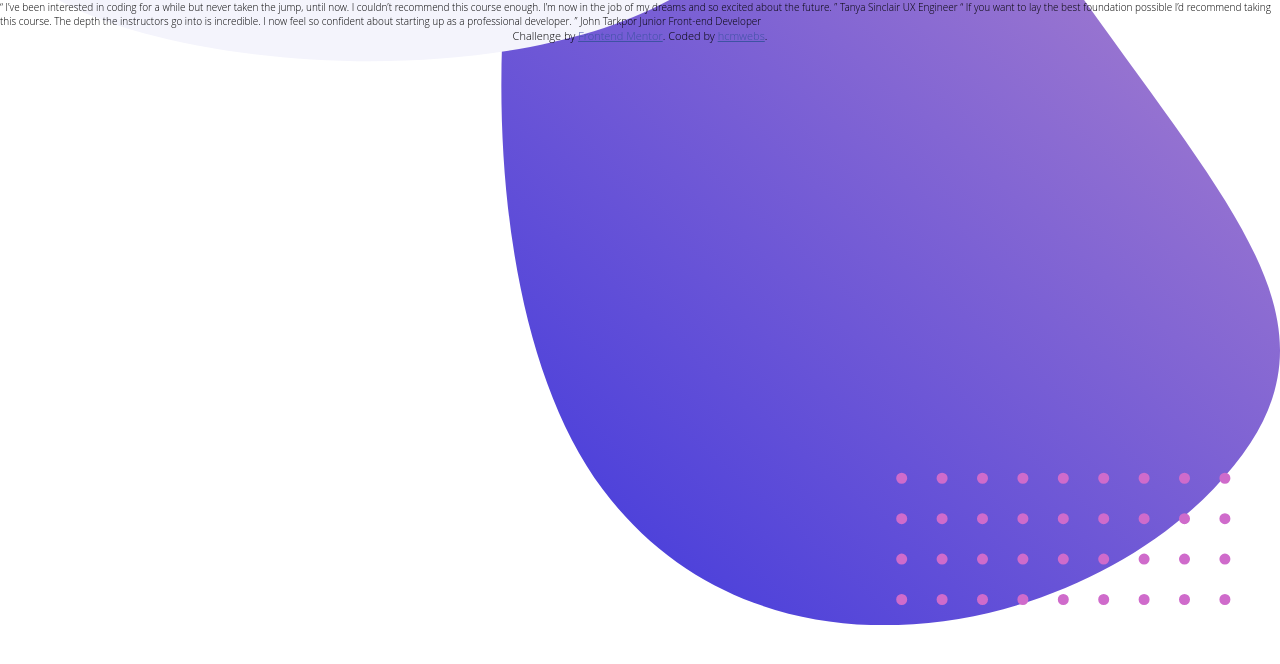
Repository: Hcmwebs/Coding-Bootcamp-Testimonials
Page: index.html
The author's editor kept a copy of each file at every save. The page is drawn from the files as they stood at one save, then again after a run of saves.
The browser window is 1280 px wide. The pictures show the whole page.
The style sheet was rebuilt from its Sass, Less or Tailwind sources for each picture, by a compiler version that may differ from the author's.

Above is the page before, as saved 2020-10-29 13:32:56.

After the next 4 saves:
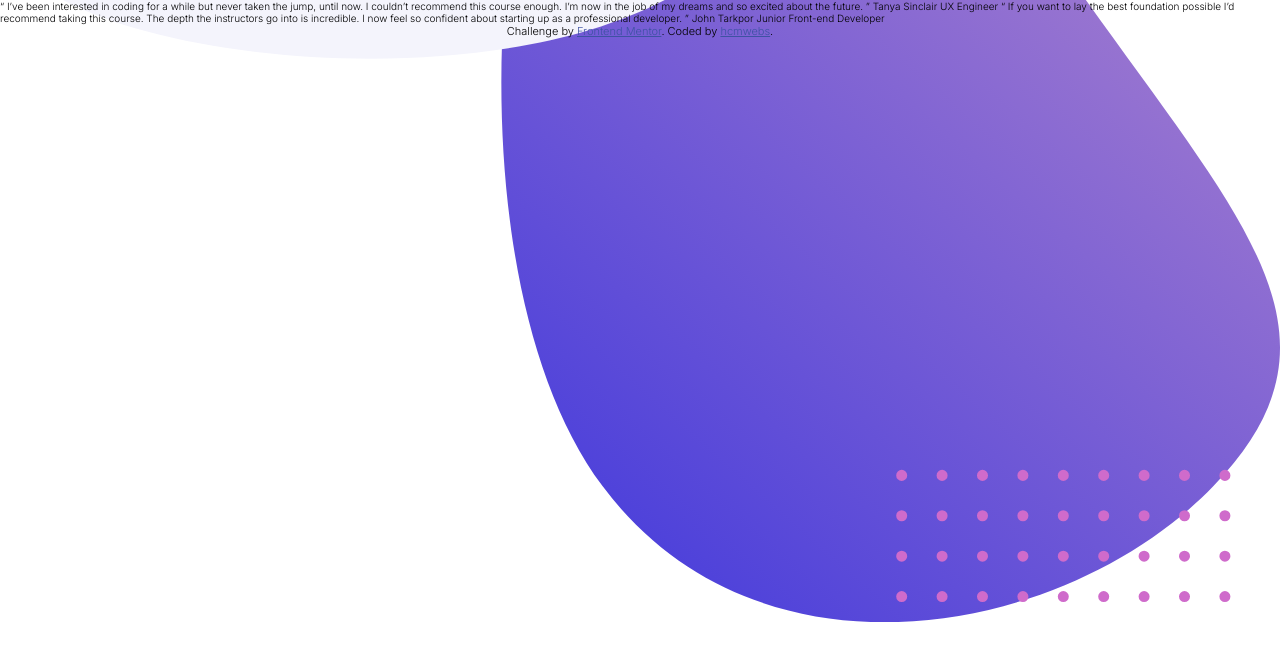
The 4 saves are shown as one change because 3 did not build or start.
The last was saved 102 s later.
--- a/scss/main.scss
+++ b/scss/main.scss
@@ -7,7 +7,7 @@
   box-sizing: border-box;
 }
 body{
-  font-family: 'Open Sans',sans-serif;
+  font-family: 'Inter', sans-serif;
   font-size: 10px;
   font-weight: 300;
   background-image: url(/images/pattern-bg.svg);
--- a/scss/_variables.scss
+++ b/scss/_variables.scss
@@ -1,5 +1,5 @@
 @import url('https://fonts.googleapis.com/css2?family=Inter:wght@300;400&display=swap');
 
 
-$font-stack: 'Inter', sans-serif;
+$font-family: 'Inter', sans-serif;
 $primaryColor : rgba(32,32,17, 1.0);
